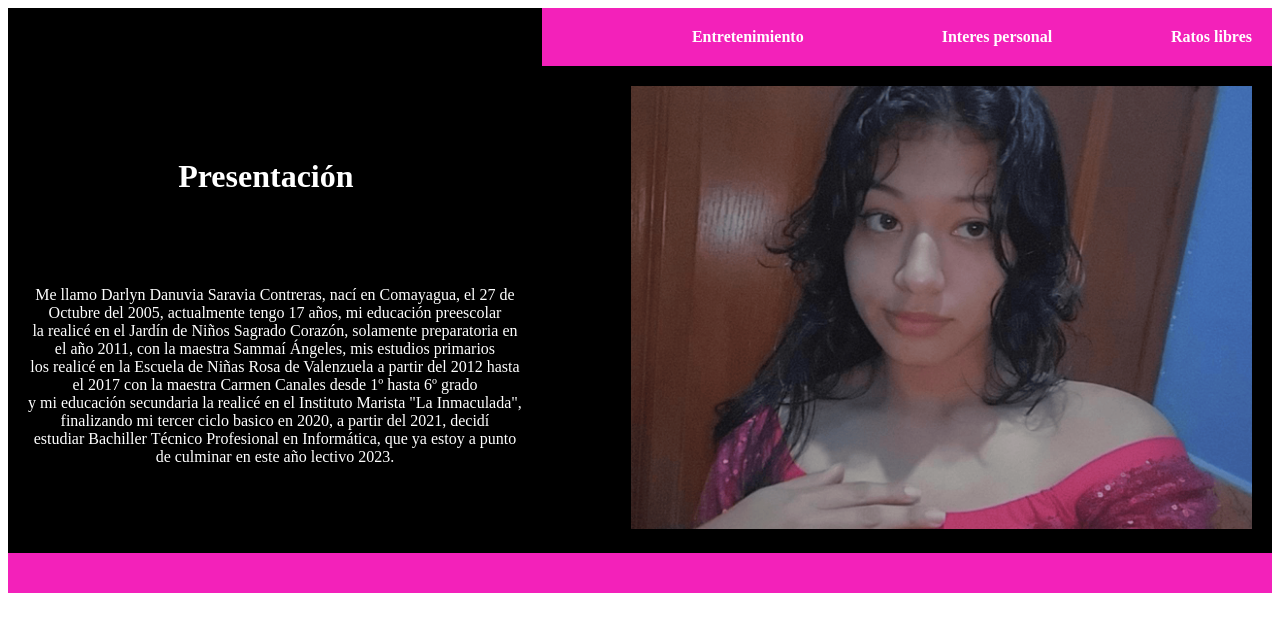
Repository: darlyn-saravia27/portafolio-darlynsaravia
Page: archivoshtml/index.html
The author's editor kept a copy of each file at every save. The page is drawn from the files as they stood at one save, then again after the next save.
The browser window is 1280 px wide. The pictures show the whole page.

Above is the page before, as saved 2023-03-04 22:44:03.

### archivoshtml/index.html
<!DOCTYPE html>
<html lang="en">
<head>
    <meta charset="UTF-8">
    <meta http-equiv="X-UA-Compatible" content="IE=edge">
    <meta name="viewport" content="width=device-width, initial-scale=1.0">
    <title>Mi Portafolio Web</title>
</head>
<body>
    <table align="center" cellspacing="0" cellpadding="20%" width="100%">
    <tr align="center" bgcolor="black">
        <td>-----------------------------------------------------------------------------------</td>
        <td align="right" bgcolor="F321BA"><font color="white"><strong>Entretenimiento</strong></font></td>
        <td align="right" bgcolor="F321BA"><font color="white"><strong>Interes personal</strong></font></td>
        <td align="right" bgcolor="F321BA"><font color="white"><strong>Ratos libres</strong></font></td>
    </tr>
    <tr bgcolor="#000000">
        <td align="center">
            <h1><font color="white">Presentación</font>></h1>
            <br>
            <br>
            <br>
            <p><font color="white" face="Times New Roman" size="3"> Me llamo Darlyn Danuvia Saravia Contreras, nací en Comayagua,
                el 27 de Octubre del 2005, actualmente tengo 17 años, mi educación preescolar <br>la realicé
                en el Jardín de Niños Sagrado Corazón, solamente preparatoria en el año 2011,
                con la maestra Sammaí Ángeles, mis estudios primarios <br>los realicé en la
                Escuela de Niñas Rosa de Valenzuela a partir del 2012 hasta el 2017 con
                la maestra Carmen Canales desde 1º hasta 6º grado <br>y mi educación secundaria la
                realicé en el Instituto Marista "La Inmaculada", finalizando
                mi tercer ciclo basico en 2020, a partir del 2021, decidí <br>estudiar Bachiller
                Técnico Profesional en Informática, que ya estoy a punto de culminar en este año lectivo 2023.</font>
            </p>
        </td>
        <td align="right" colspan="3">
            <img src="foto.png" alt="Darlyn Saravia" width="90%" height="90%">
        </td>
    </tr>
    <tr bgcolor="F321BA" border color="F321BA">
        <td></td>
        <td></td>
        <td></td>
        <td></td>
    </tr></tr>
</body>
</html>

After the next save:
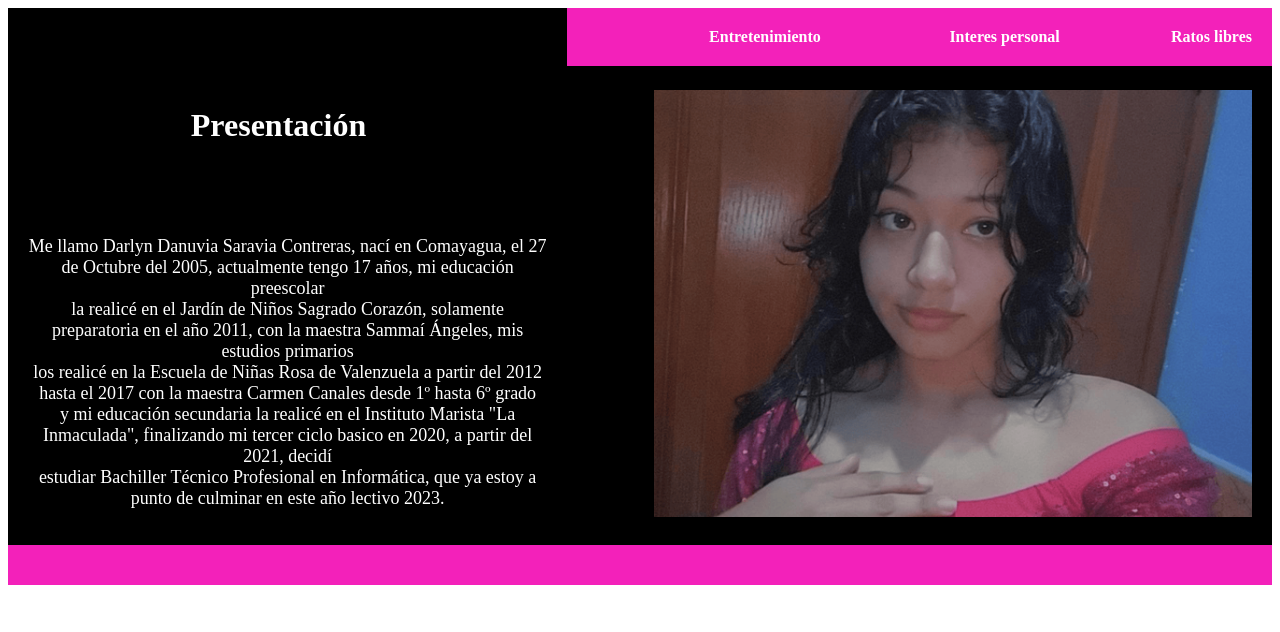
Saved 16 s later.
--- a/archivoshtml/index.html
+++ b/archivoshtml/index.html
@@ -20,7 +20,7 @@
             <br>
             <br>
             <br>
-            <p><font color="white" face="Times New Roman" size="3"> Me llamo Darlyn Danuvia Saravia Contreras, nací en Comayagua,
+            <p><font color="white" face="Times New Roman" size="4"> Me llamo Darlyn Danuvia Saravia Contreras, nací en Comayagua,
                 el 27 de Octubre del 2005, actualmente tengo 17 años, mi educación preescolar <br>la realicé
                 en el Jardín de Niños Sagrado Corazón, solamente preparatoria en el año 2011,
                 con la maestra Sammaí Ángeles, mis estudios primarios <br>los realicé en la
